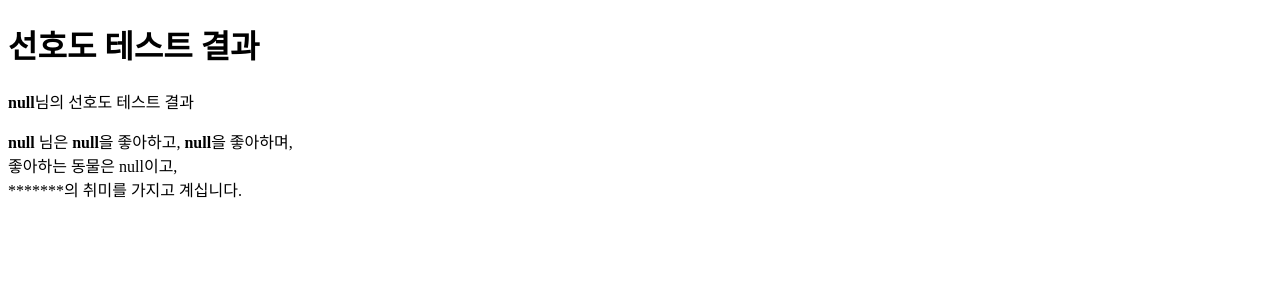
Repository: ddochiisrich/Ddochi-Web
Page: http://localhost/JSPStudyCh05Exam/ch0501ExamResult.jsp
These files come from the project's save history. The page is drawn as it stood at one moment and after the next save; the edit follows.
The browser window is 1280 px wide. The pictures show the whole page.
The page is served by Tomcat 9.

Above is the page before, as saved 2024-04-05 06:40:10.

### JSPStudyCh05Exam/src/main/webapp/ch0501ExamResult.jsp
<%@ page language="java" contentType="text/html; charset=UTF-8"
    pageEncoding="UTF-8"%>
<!DOCTYPE html>
<html>
<head>
<meta charset="UTF-8">
<title>선호도 테스트 결과</title>
</head>
<body>
	<h1>선호도 테스트 결과</h1>
	<p><b><%= request.getParameter("name") %></b>님의 선호도 테스트 결과</p>
	<b><%= request.getParameter("name") %></b> 님은 <b><%= request.getParameter("colors") %></b>을 좋아하고, <b><%= request.getParameter("food") %></b>을 좋아하며,<br>
	좋아하는 동물은 <%= request.getParameter("hamster") %>이고,<br>
	*******의 취미를 가지고 계십니다.<br>
</body>
</html></b>

After the next save:
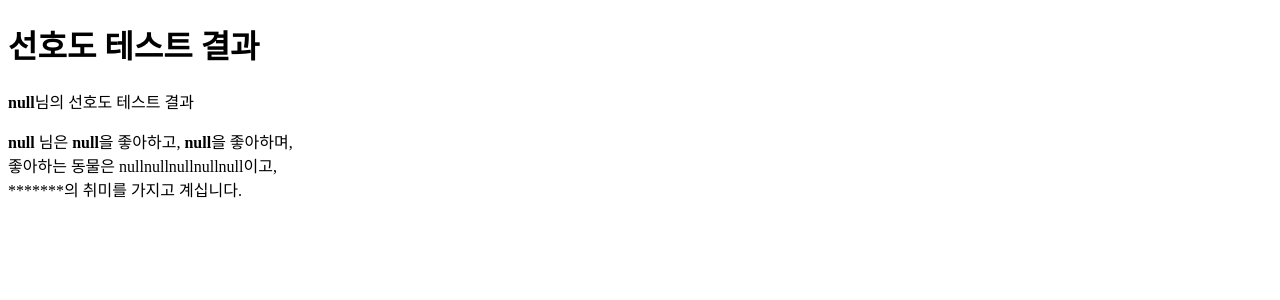
Saved 79 s later.
--- a/JSPStudyCh05Exam/src/main/webapp/ch0501ExamResult.jsp
+++ b/JSPStudyCh05Exam/src/main/webapp/ch0501ExamResult.jsp
@@ -10,7 +10,7 @@
 	<h1>선호도 테스트 결과</h1>
 	<p><b><%= request.getParameter("name") %></b>님의 선호도 테스트 결과</p>
 	<b><%= request.getParameter("name") %></b> 님은 <b><%= request.getParameter("colors") %></b>을 좋아하고, <b><%= request.getParameter("food") %></b>을 좋아하며,<br>
-	좋아하는 동물은 <%= request.getParameter("hamster") %>이고,<br>
+	좋아하는 동물은 <%= request.getParameter("hamster") %><%= request.getParameter("cat") %><%= request.getParameter("tiger") %><%= request.getParameter("lion") %><%= request.getParameter("dog") %>이고,<br>
 	*******의 취미를 가지고 계십니다.<br>
 </body>
 </html></b>
